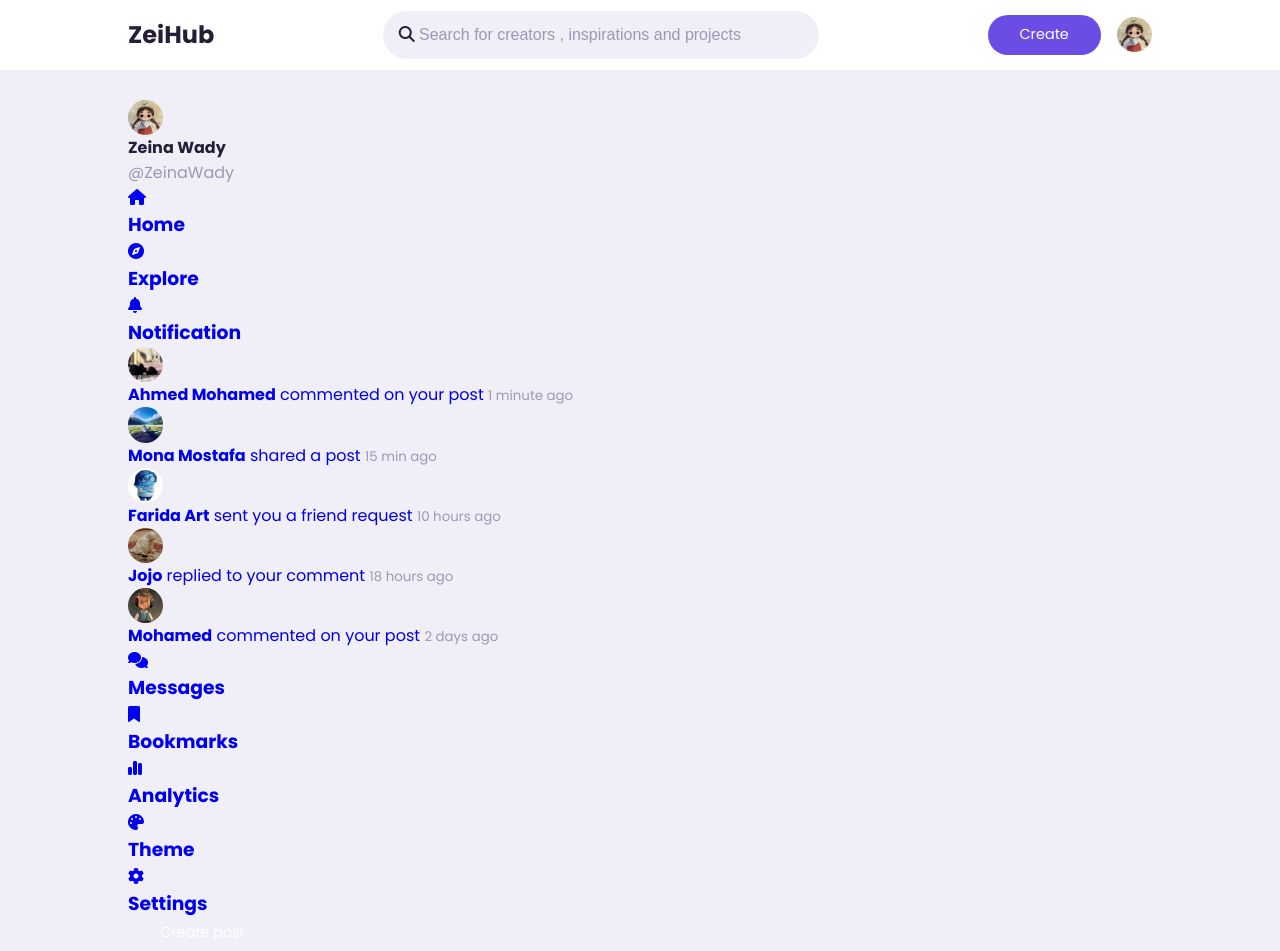
Repository: zeinawady/Social-Media-Template
Page: index.html
An editor plug-in stored every save of this project. The page is shown before and after a run of saves, followed by the edit.
The browser window is 1280 px wide. The pictures show the whole page.

Above is the page before, as saved 2025-02-15 02:17:13.

After the next 3 saves:
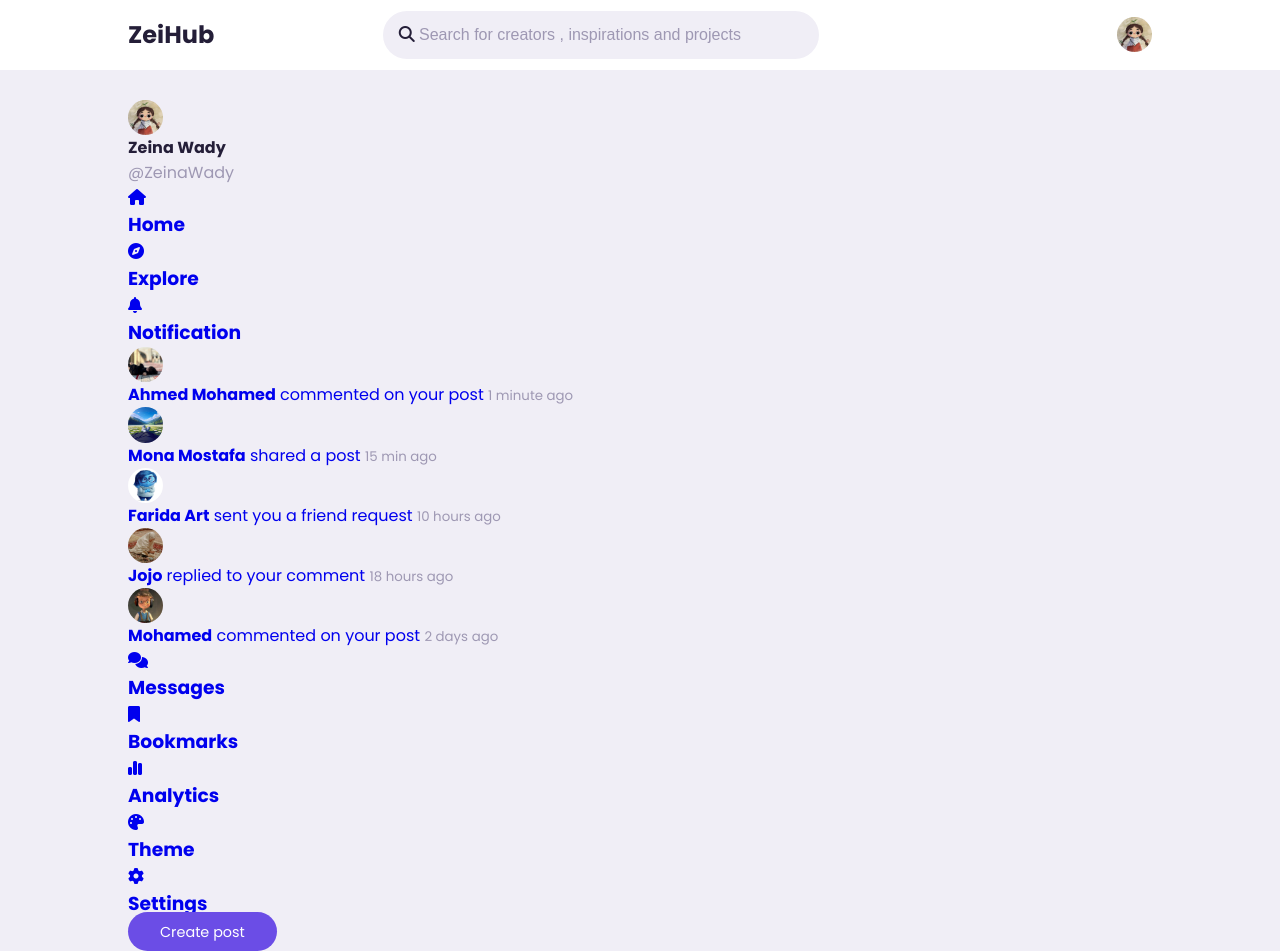
The 3 saves are shown as one change because they came seconds apart.
The last was saved 25 s later.
--- a/css/style.css
+++ b/css/style.css
@@ -61,6 +61,10 @@
     color: var(--color-gray);
 }
 
+.btn-primary{
+    background-color: var(--color-primary);
+
+}
 
 /* navbar */
 nav{
@@ -70,10 +74,6 @@
     position: fixed;
     top: 0;
     z-index: 100;
-}
-.nav-btn{
-    background-color: var(--color-primary);
-
 }
 nav .container{
     display: flex;
